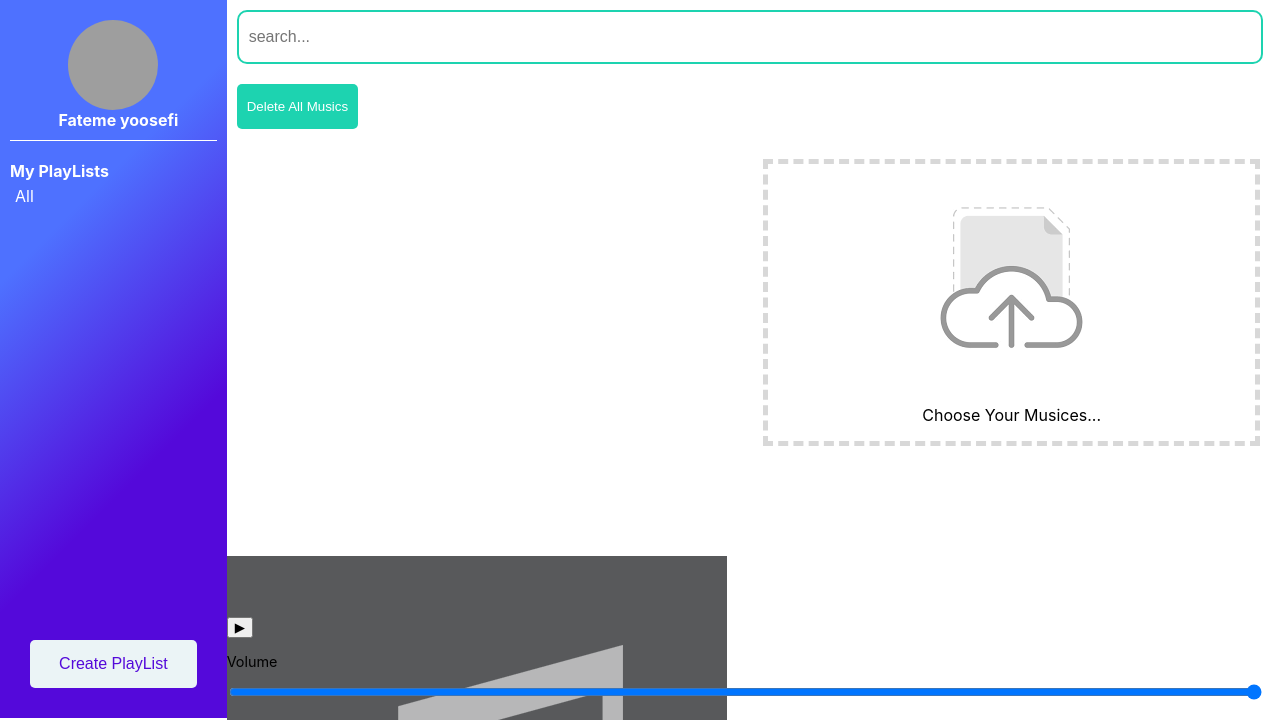
Repository: fateme81yosefi/musicPlayer
Page: /
An editor plug-in stored every save of this project. The page is shown before and after the next save, followed by the edit.
The browser window is 1280 px wide. The pictures show the whole page.
Pictures or frames that could not be fetched are drawn as grey boxes. An inner scrolling area shows only its first screen. The project was rebuilt for these pictures with package versions that can differ from the ones it lists, and the page was loaded fresh each time.

Above is the page before, as saved 2025-06-28 14:48:53.

After the next save:
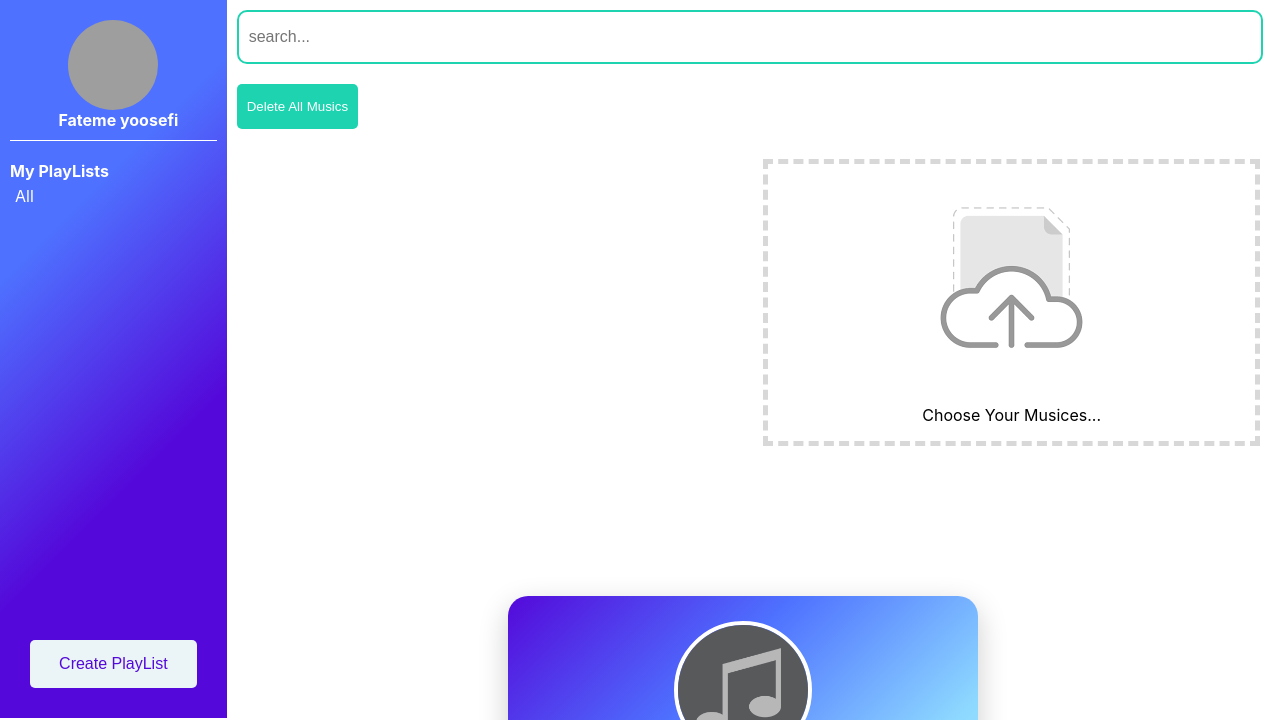
Saved 77 s later.
--- a/src/Components/MusicPlayer/MusicPlayer.css
+++ b/src/Components/MusicPlayer/MusicPlayer.css
@@ -1,35 +1,146 @@
+.player {
+  max-width: 420px;
+  margin: 40px auto;
+  background: linear-gradient(135deg, #5409DA, #4E71FF, #8DD8FF, #BBFBFF);
+  border-radius: 20px;
+  padding: 25px;
+  box-shadow: 0 10px 30px rgba(0, 0, 0, 0.2);
+  font-family: sans-serif;
+  color: white;
+  text-align: center;
+}
+
+.cover {
+  width: 130px;
+  height: 130px;
+  margin: 0 auto 15px;
+  border-radius: 50%;
+  overflow: hidden;
+  border: 4px solid white;
+}
+
+.cover img {
+  width: 100%;
+  height: 100%;
+  object-fit: cover;
+}
+
+.spin {
+  animation: spin 15s linear infinite;
+}
+
+.pulse {
+  animation: pulse 2.5s infinite ease-in-out;
+}
+
+@keyframes spin {
+  to {
+    transform: rotate(360deg);
+  }
+}
+
+@keyframes pulse {
+  0%, 100% {
+    transform: scale(1);
+    box-shadow: 0 0 10px white;
+  }
+  50% {
+    transform: scale(1.06);
+    box-shadow: 0 0 30px white;
+  }
+}
+
+.title {
+  font-size: 1.2rem;
+  margin-bottom: 10px;
+  font-weight: bold;
+}
+
+.progress-container {
+  background: rgba(255, 255, 255, 0.25);
+  height: 6px;
+  border-radius: 3px;
+  margin: 15px 0;
+  position: relative;
+  cursor: pointer;
+}
+
+.progress-bar {
+  background: white;
+  height: 100%;
+  width: 0%;
+  border-radius: 3px;
+  transition: width 0.3s ease;
+}
+
+.play-btn {
+  font-size: 1.6rem;
+  padding: 10px 16px;
+  background: white;
+  border: none;
+  border-radius: 50%;
+  color: #5409DA;
+  cursor: pointer;
+  margin: 10px 0;
+  transition: transform 0.2s ease;
+}
+
+.play-btn:hover {
+  transform: scale(1.1);
+}
+
 .controls {
-  margin-top: 15px;
+  margin-top: 20px;
+  display: flex;
+  flex-direction: column;
+  gap: 12px;
+  align-items: center;
 }
 
 .controls label {
-  display: block;
-  margin-bottom: 10px;
   font-size: 0.9rem;
+  width: 100%;
 }
 
 .controls input[type="range"] {
   width: 100%;
+  appearance: none;
+  height: 6px;
+  border-radius: 3px;
+  background: white;
+  outline: none;
+  margin-top: 5px;
+}
+
+.controls input[type="range"]::-webkit-slider-thumb {
+  appearance: none;
+  width: 12px;
+  height: 12px;
+  background: #5409DA;
+  border-radius: 50%;
+  cursor: pointer;
 }
 
 .speed-buttons {
   display: flex;
+  justify-content: center;
   gap: 10px;
-  justify-content: center;
-  margin-top: 10px;
+  flex-wrap: wrap;
 }
 
 .speed-buttons button {
-  background: white;
-  border: none;
   padding: 6px 12px;
   border-radius: 8px;
+  border: none;
+  background: rgba(255, 255, 255, 0.3);
+  color: white;
+  font-weight: bold;
   cursor: pointer;
-  color: #5409DA;
-  font-weight: bold;
+  transition: background 0.2s;
 }
 
-.speed-buttons button.active {
-  background: #5409DA;
-  color: white;
+.speed-buttons button.active,
+.speed-buttons button:hover {
+  background: white;
+  color: #5409DA;
 }
